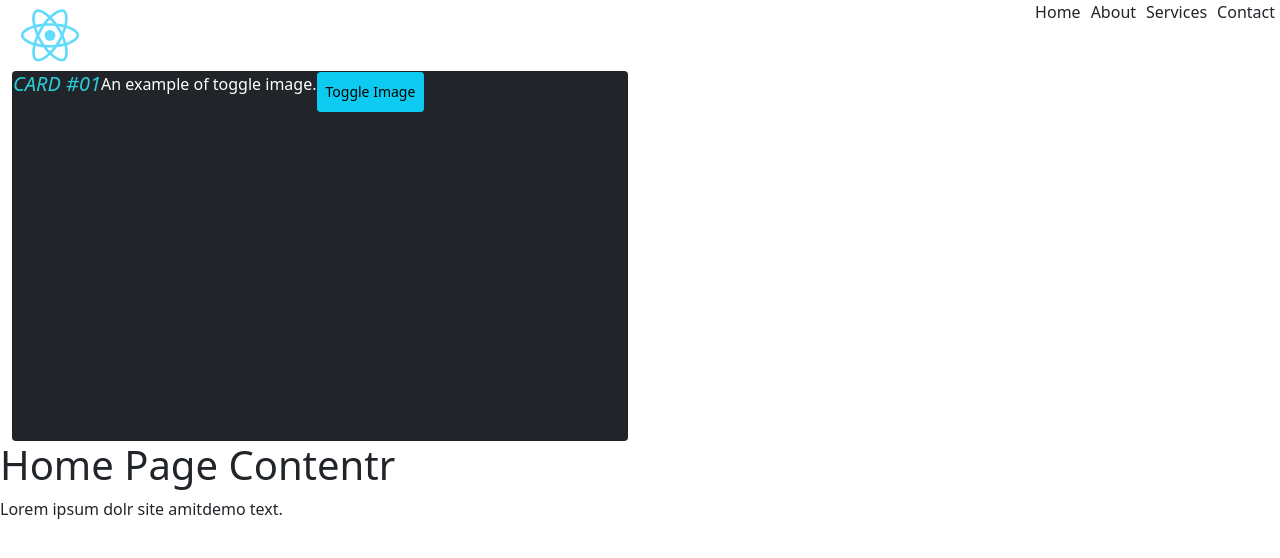
Repository: rudra319/react
Page: /
An editor plug-in stored every save of this project. The page is shown before and after the next save, followed by the edit.
The browser window is 1280 px wide. The pictures show the whole page.
The project was rebuilt for these pictures with package versions that can differ from the ones it lists, and the page was loaded fresh each time. Also part of the build but not shown: src/App.css, src/pages/dashboard/Dashboard.css, src/pages/dashboard/Dashboard.jsx.

Above is the page before, as saved 2022-05-17 17:55:54.

### src/App.js
import logo from './logo.svg';
import './App.css';
import Header from './Header';
import { useState } from 'react';
import 'bootstrap/dist/css/bootstrap.min.css';
import Dashboard from './pages/dashboard/Dashboard';
import Chinmayee from './pages/dashboard/Chinmayee';
function App1() {
  const [cPage, setCPage] = useState("home")
  //console.log(cPage)
  return (
    <>
      <div>
        <Header setCPage={setCPage} />
      </div>
      <Chinmayee/>
      {/* <Dashboard /> */}
      {cPage !== "" && (cPage === 'home' || cPage === "Home") && (
        <>
          <h1>Home Page Contentr</h1>
          <p>Lorem ipsum dolr site amitdemo text.</p>
        </>
      )}
      {cPage === 'about' && (
        <>
          <h1>About Page Contentr</h1>
          <p>Lorem ipsum dolr site amitdemo text.</p>
        </>
      )}
      {cPage === 'products' && (
        <>
          <h1>Products Page Contentr</h1>
          <p>Lorem ipsum dolr site amitdemo text.</p>
        </>
      )}
      {cPage === 'services' && (
        <>
          <h1>Services Page Contentr</h1>
          <p>Lorem ipsum dolr site amitdemo text.</p>
        </>
      )}
      {cPage === 'contact' && (
        <>
          <h1>Contact Page Contentr</h1>
          <p>Lorem ipsum dolr site amitdemo text.</p>
        </>
      )}
    </>
  );
}

export default App1;

### src/Header.js
import React, {useState, useEffect} from 'react';
import logo from './logo.svg';
import Menu from './Menu';

function Header({setCPage = () => {}}) {

  // const [name, setName] = useState("");
  // let nameVar = "CSM Admin nameVar";
  // useEffect(() => {
  //   setName("CSM Admin name")
  //   nameVar = "Test"
  // },[]);


  return (
    <div>
      <a><img style={{width:'100px'}} src={logo} /></a>
      <Menu setCPage={setCPage} />
    </div>
  );
}

export default Header;

### src/pages/dashboard/Chinmayee.jsx
import React, { useState } from 'react';
import {Button, Container, Row, Col, Card, CardGroup, CardImg} from 'react-bootstrap';
import Button1 from 'react-bootstrap/Button';
import CardHeader from 'react-bootstrap/esm/CardHeader';
import './Chinmayee.css';
import logo from '../../logo.svg';

export default function Chinmayee (){

const [show, setShow] = useState(false);


    return(
        <Container fluid>
            {/* <h1 className={flag ? "heading":'heading1'}>Chinmayee</h1>
            <Button variant="danger" onClick={()=>setFlag(!flag)}>Click</Button>
            <Button1 variant="danger" onClick={()=>setFlag(!flag)}>Click</Button1>
     */}
            <Row>
                <Col>
                    <Card className="bg-dark text-white" style={{height: "370px"}}  >
                        <CardGroup>

                            <h5 className="card-title">card #01 </h5>
                            {show === true && (
                                <>
                            <CardImg src={logo}>

                            </CardImg>
                            </>)}
                            <p className="card-text">An example of toggle image.</p>
                            <Button variant="info" className="btn-sm" onClick={() => setShow(!show)} >Toggle Image</Button>
                        </CardGroup>

                    </Card>



                </Col>

                <Col>
                {/* <div class="card" style="width: 18rem;">
<div class="card-body">
<h5 class="card-title">Special title treatment</h5>
<p class="card-text">With supporting text below as a natural lead-in to additional content.</p>
<a href="#" class="btn btn-primary">Go somewhere</a>
</div>
</div>
                 */}
                </Col>
            </Row>
</Container>
    )

};

### src/Menu.js
import MenuItem from './MenuItem';

function Menu({setCPage = () => {}}) {
  const menuData = [
    { label:"Home", link:"home"},
    { label:"About", link:"about"},
    { label:"Products"},
    { label:"Services", link:"services"},
    { label:"Contact", link:"contact"}
  ];

  return (
      <ul style={{float:'right', listStyle:'none'}}>
        {
          menuData && menuData !== [] && menuData.length > 0 && menuData.map((menuItem)=>{
            if(menuItem.link){
              return(<MenuItem menuItem={menuItem} setCPage={setCPage} />)
            }
          })
        }
      </ul>
  );
}

export default Menu;

### src/pages/dashboard/Chinmayee.css
.card-title{
    color: rgb(42, 206, 218);
    font-style: italic;
    text-transform: uppercase;
}

### src/MenuItem.js
import logo from './logo.svg';
import { useEffect } from 'react';

function MenuItem({menuItem = {}, setCPage = () => {}}) {
  const {label, link} = menuItem;

  const handleSetCPage = (e) => {
    if(e.target){
        setCPage(e.target.name);
    }
  }
  return (
    <>
      <li style={{display:'inline-block', margin: '0 5px'}}>
        <a onClick={(e)=>handleSetCPage(e)} name={link}>{label}</a>
      </li>
    </>
  );
}

export default MenuItem;

Loaded but not shown: public/index.html (common file); src/index.js (common file); src/index.css (common file); src/reportWebVitals.js (common file)

After the next save:
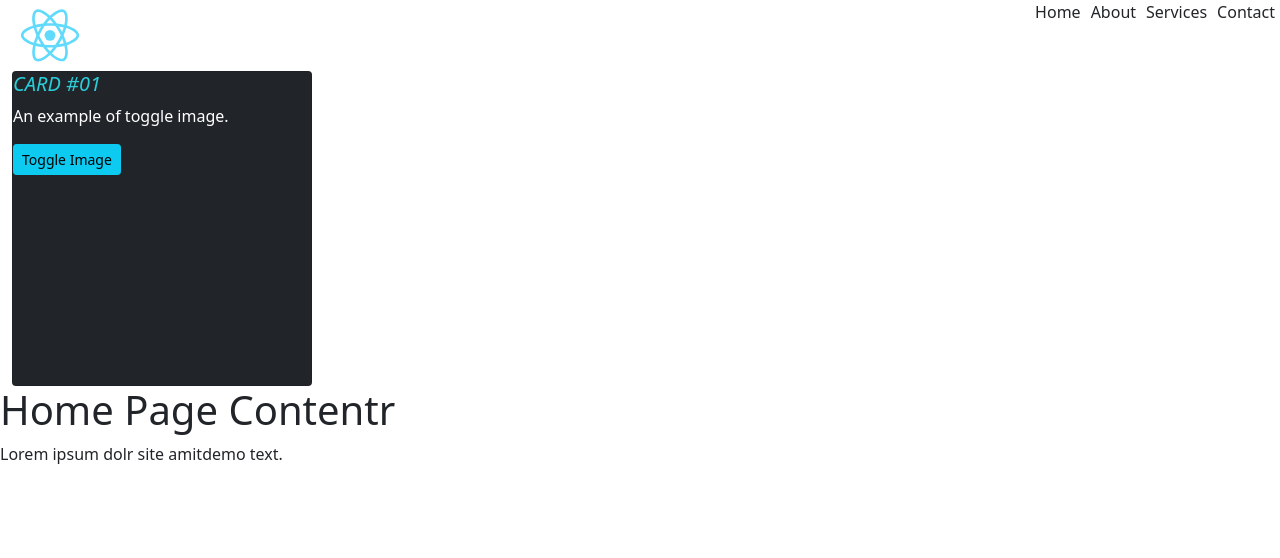
Saved 2 min 46 s later.
--- a/src/pages/dashboard/Chinmayee.jsx
+++ b/src/pages/dashboard/Chinmayee.jsx
@@ -18,7 +18,7 @@
      */}
             <Row>
                 <Col>
-                    <Card className="bg-dark text-white" style={{height: "370px"}}  >
+                    <Card className="bg-dark text-white" style={{height: "315px",width:"300px"}}  >
                         <CardGroup>
 
                             <h5 className="card-title">card #01 </h5>
